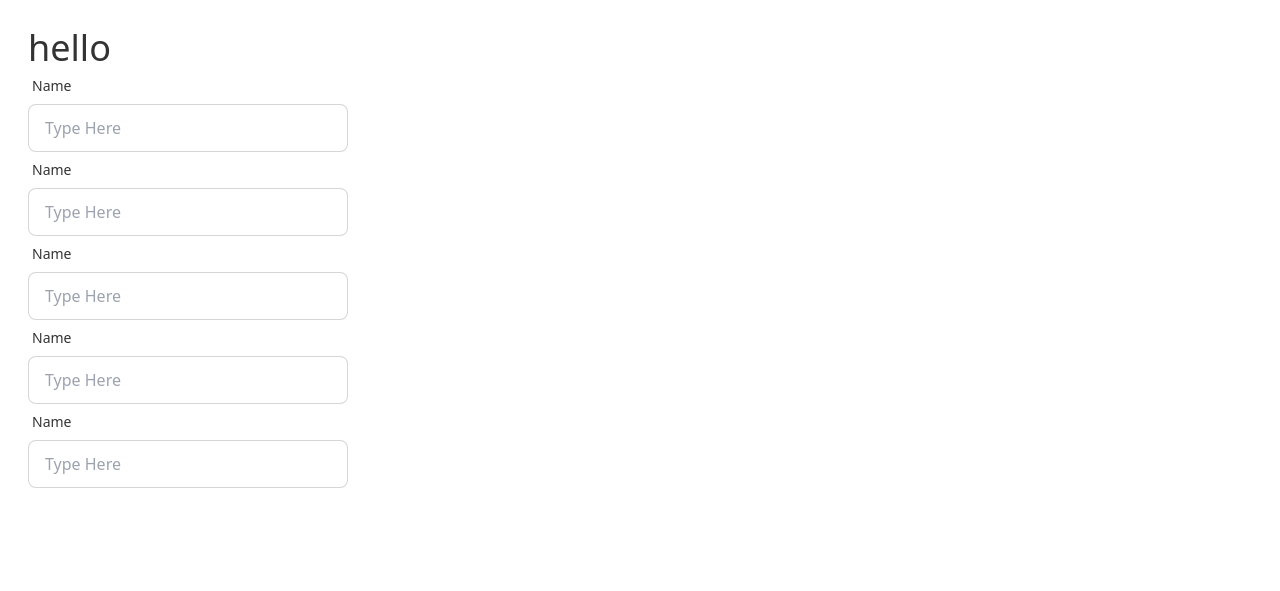
Repository: mdrubel02/yummy-yums-client
Page: /
An editor plug-in stored every save of this project. The page is shown before and after the next save, followed by the edit.
The browser window is 1280 px wide. The pictures show the whole page.
The project was rebuilt for these pictures with package versions that can differ from the ones it lists, and the page was loaded fresh each time. Also part of the build but not shown: vite.config.js.

Above is the page before, as saved 2023-04-06 18:01:56.

### src/App.jsx
import React from 'react'


function App() {
  return (
    <div className="w-96 p-7">
      {/* <div className='w-96 p-7'>

        <h2 className="text-4xl">Add A Doctor</h2>

        <form >
          <div className="form-control w-full max-w-xs">
            <label className="label"> <span className="label-text">Name</span></label>
            <input type="text" placeholder="Type here" className="input input-bordered w-full max-w-xs" />
          </div>
          <input className='btn btn-accent w-full mt-4' value="Add Doctor" type="submit" />
        </form>


      </div> */}
      <h1 className="text-4xl">hello</h1>
      <form>
        <div className="form-control w-full max-w-xs">
        <label className="label"> <span className="label-text">Name</span></label>
          <input type="text" placeholder="Type Here" className="input input-bordered w-fu
          max-w-xs" />
        </div>
        <div className="form-control w-full max-w-xs">
        <label className="label"> <span className="label-text">Name</span></label>
          <input type="text" placeholder="Type Here" className="input input-bordered w-fu
          max-w-xs" />
        </div>
        <div className="form-control w-full max-w-xs">
        <label className="label"> <span className="label-text">Name</span></label>
          <input type="text" placeholder="Type Here" className="input input-bordered w-fu
          max-w-xs" />
        </div>
        <div className="form-control w-full max-w-xs">
        <label className="label"> <span className="label-text">Name</span></label>
          <input type="text" placeholder="Type Here" className="input input-bordered w-fu
          max-w-xs" />
        </div>
        <div className="form-control w-full max-w-xs">
        <label className="label"> <span className="label-text">Name</span></label>
          <input type="text" placeholder="Type Here" className="input input-bordered w-fu
          max-w-xs" />
        </div>
      </form>
    </div>
  )
}

export default App

### tailwind.config.js
/** @type {import('tailwindcss').Config} */
export default {
  content: [
    "./index.html",
    "./src/**/*.{js,ts,jsx,tsx}",
  ],
  daisyui:{
    themes: [
      {
        doctortheme:{
          primary: '#0FCFEC',
          secondary: '#19D3AE',
          accent: "#3A4256",
          neutral: "#3D4451",
          "base-100": "#FFFFFF",
        }
      }
    ]
  },
  theme: {
    extend: {},
  },
  plugins: [require("daisyui")],
}

Loaded but not shown: index.html (common file); src/main.jsx (common file); src/index.css (common file)

After the next save:
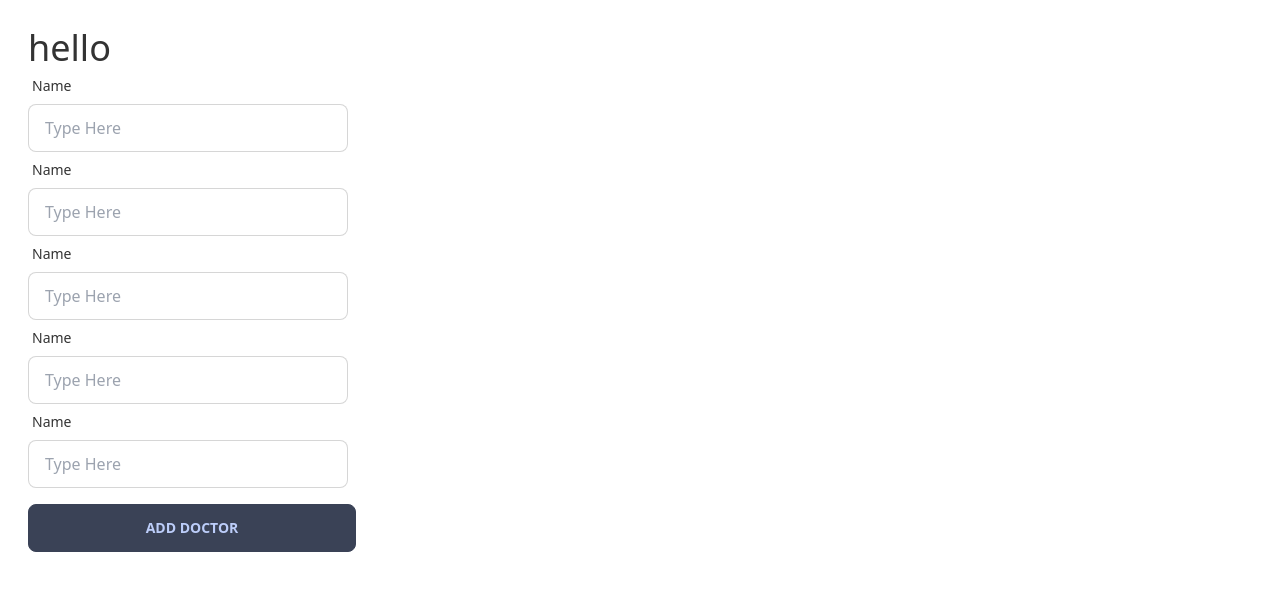
Saved 34 s later.
--- a/src/App.jsx
+++ b/src/App.jsx
@@ -45,6 +45,7 @@ function App() {
           <input type="text" placeholder="Type Here" className="input input-bordered w-fu
           max-w-xs" />
         </div>
+        <input className='btn btn-accent w-full mt-4' value="Add Doctor" type="submit" />
       </form>
     </div>
   )
